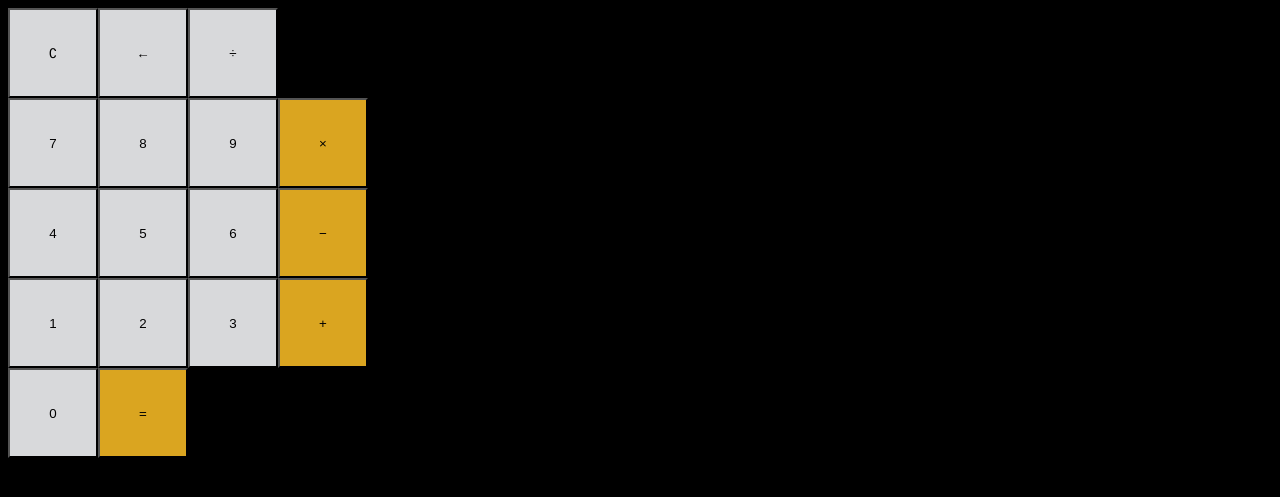
Repository: jontslater/LAB-calculator2
Page: index.html
These files come from the project's save history. The page is drawn as it stood at one moment and after the next save; the edit follows.
The browser window is 1280 px wide. The pictures show the whole page.

Above is the page before, as saved 2023-10-12 16:02:44.

After the next save:
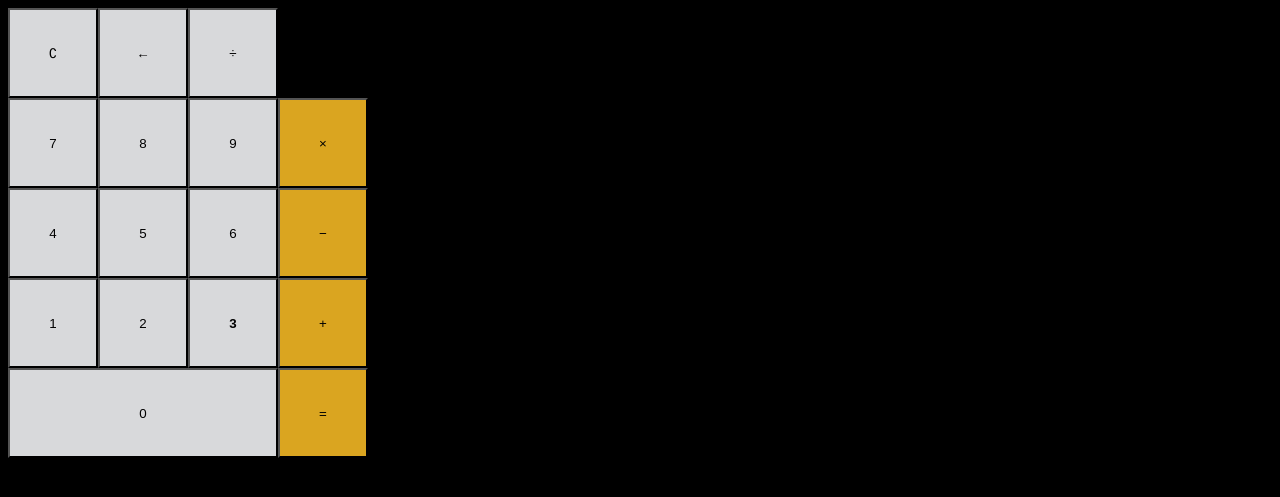
Saved 104 s later.
--- a/index.html
+++ b/index.html
@@ -34,13 +34,13 @@
   <table>
     <button class="bottonss gray">1</button>
     <button class="bottonss gray">2</button>
-    <button class="bottonss gray">3</button>
+    <button class="bottonss gray"><b>3</b></button>
     <button class="orange">&#43;</button>
   </table>
 
 
   <table>
-    <button class="bottonss gray 2x">0</button>
+    <button class="bottonss gray twice">0</button>
     <button class="orange">&#61;</button>
   </table>
 
